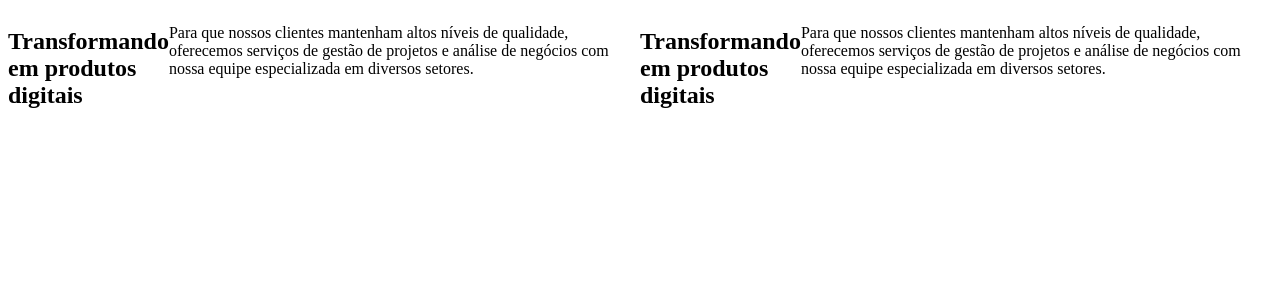
Repository: kleber-goncalves/Landing-Page-Gestao-de-projetos-dnc
Page: index.html
These files come from the project's save history. The page is drawn as it stood at one moment and after the next save; the edit follows.
The browser window is 1280 px wide. The pictures show the whole page.

Above is the page before, as saved 2025-01-04 14:26:50.

After the next save:
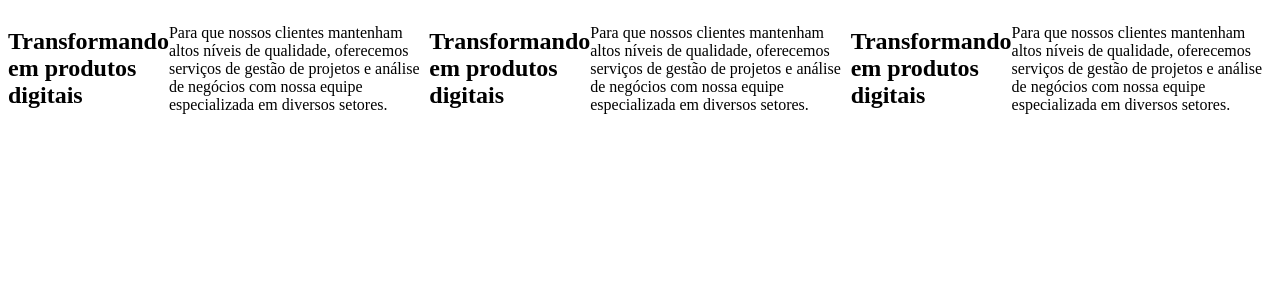
Saved 2 s later.
--- a/index.html
+++ b/index.html
@@ -16,6 +16,8 @@
             <p>Para que nossos clientes mantenham altos níveis de qualidade, oferecemos serviços de gestão de projetos e análise de negócios com nossa equipe especializada em diversos setores.</p>
             <h1>Transformando em produtos digitais</h1>
             <p>Para que nossos clientes mantenham altos níveis de qualidade, oferecemos serviços de gestão de projetos e análise de negócios com nossa equipe especializada em diversos setores.</p>
+            <h1>Transformando em produtos digitais</h1>
+            <p>Para que nossos clientes mantenham altos níveis de qualidade, oferecemos serviços de gestão de projetos e análise de negócios com nossa equipe especializada em diversos setores.</p>
         </section>
     </main>
 </body>
